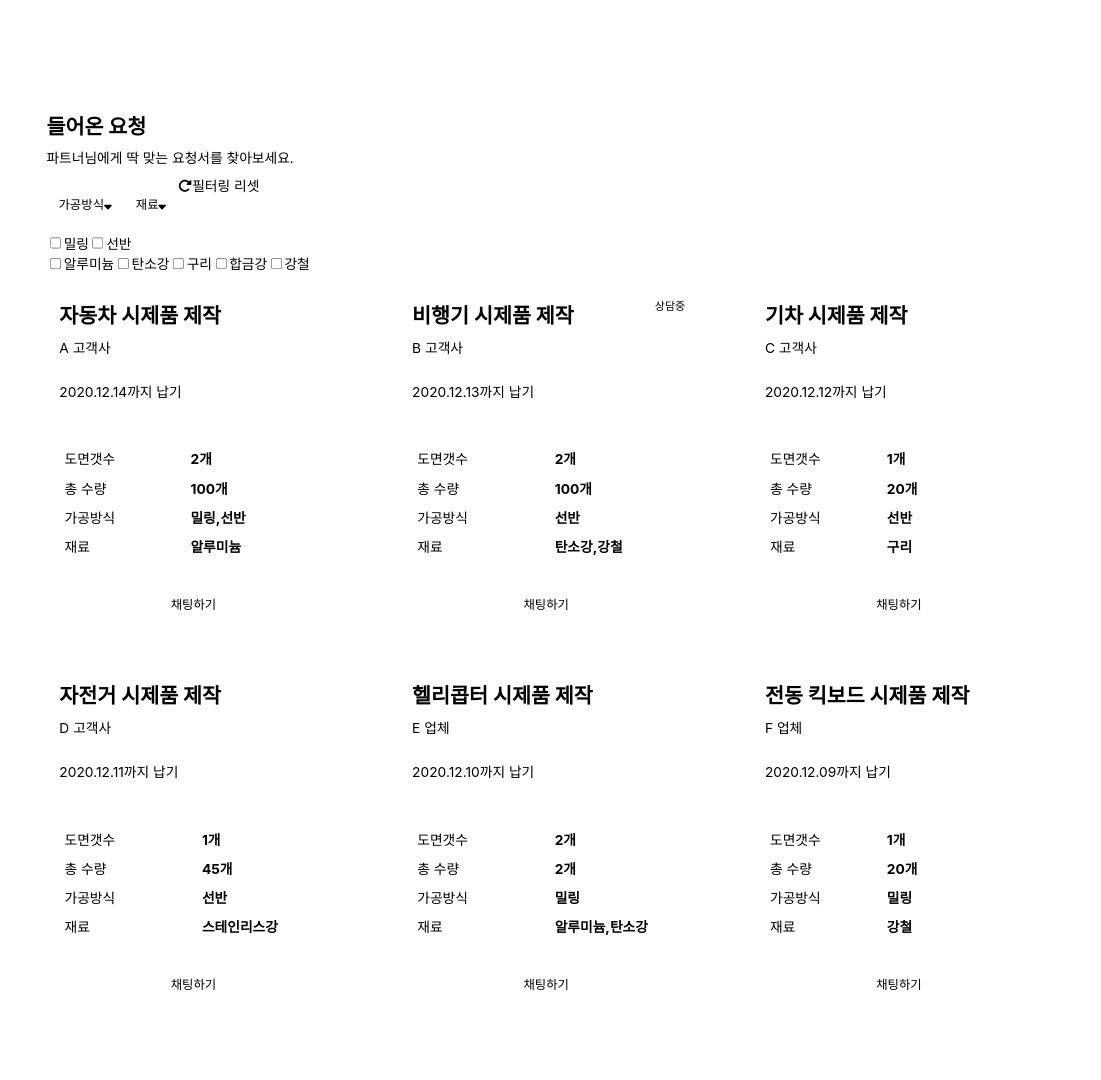
Repository: seoulsaram/capa
Page: /
These files come from the project's save history. The page is drawn as it stood at one moment and after the next save; the edit follows.
The browser window is 1280 px wide. The pictures show the whole page, at 86% of full size.
The project was rebuilt for these pictures with package versions that can differ from the ones it lists, and the page was loaded fresh each time. Requests to the local data server were answered from the project's data file. Also part of the build but not shown: src/App.css.

Above is the page before, as saved 2021-03-07 01:01:58.

### public/index.html
<!DOCTYPE html>
<html lang="en">
  <head>
    <meta charset="utf-8" />
    <link rel="icon" href="%PUBLIC_URL%/favicon.ico" />
    <meta name="viewport" content="width=device-width, initial-scale=1" />
    <meta name="theme-color" content="#000000" />
    <meta name="description" content="Web site created using create-react-app" />

    <title>React App</title>
  </head>
  <body>
    <noscript>You need to enable JavaScript to run this app.</noscript>
    <div id="root"></div>
  </body>
</html>

### src/index.js
import React from "react";
import ReactDOM from "react-dom";
import "./index.css";
import App from "./app";
import RequestInfo from "./service/request_info";

const requestInfo = new RequestInfo();

ReactDOM.render(
  <React.StrictMode>
    <App requestInfo={requestInfo} />
  </React.StrictMode>,
  document.getElementById("root")
);

### src/App.js
import "./app.css";
import Header from "./components/header/header";
import ItemContainer from "./components/item_container/item_container";
import "@fortawesome/fontawesome-free/js/all.js";

function App({ requestInfo }) {
  return (
    <div>
      <Header />
      <ItemContainer requestInfo={requestInfo} />
    </div>
  );
}

export default App;

### src/service/request_info.js
class RequestInfo {
  constructor() {
    this.getrequestOptions = {
      method: "GET",
    };
  }

  async getInfo() {
    const response = await fetch("http://localhost:3002/requests", this.getrequestOptions);
    const res = await response.json();
    return res;
  }
}

export default RequestInfo;

### src/components/header/header.js
import React, { memo } from "react";
import styles from "./header.module.css";

const Header = (props) => (
  <div className={styles.header}>
    <div className={styles.headerLeft}>
      <p>CAPA</p>
      <p>파트너스</p>
    </div>
    <div className={styles.headerRight}>
      <p>A가공업체</p>
      <div className={styles.line}></div>
      <p>로그아웃</p>
    </div>
  </div>
);

export default Header;

### src/components/item_container/item_container.js
import React, { useEffect, useState } from "react";
import Filter from "../filter/filter";
import RequestBox from "../request_box/request_box";
import styles from "./item_container.module.css";

const ItemContainer = ({ requestInfo }) => {
  const [reqInfo, setReqInfo] = useState([]);

  useEffect(() => {
    requestInfo.getInfo().then((info) => setReqInfo(info));
  }, [requestInfo]);

  return (
    <section className={styles.section}>
      <h2 className={styles.title}>들어온 요청</h2>
      <p className={styles.desc}>파트너님에게 딱 맞는 요청서를 찾아보세요.</p>
      <Filter reqInfo={reqInfo} />

      <ul className={styles.cards}>
        {reqInfo.map((info) => (
          <RequestBox reqInfo={info} key={info.id} />
        ))}
      </ul>
    </section>
  );
};

export default ItemContainer;

### src/components/header/header.module.css
@value MakeBlue from '../../common/color.css';

.header {
  display: flex;
  justify-content: space-between;
  padding: 5px 20px;
  background-color: MakeBlue;
  color: white;
}

.headerLeft {
  display: flex;
  align-items: center;
}

.headerRight {
  display: flex;
  align-items: center;
}

.line {
  width: 2px;
  height: 50%;
  background-color: white;
  margin: 0px 14px;
}

### src/components/filter/filter.jsx
import React from "react";
import styles from "./filter.module.css";

const Filter = ({ reqInfo }) => {
  const method = ["밀링", "선반"];
  const material = ["알루미늄", "탄소강", "구리", "합금강", "강철"];

  return (
    <section className={styles.section}>
      {/* 가공방식 */}
      {/* 1. 값이 든 배열 만들기
      2. 온클릭 이벤트를 만들기
      3. 이벤트에 두 가지 값을 동시에 필터링하는 로직 넣기 */}
      <div className={styles.filterContainer}>
        <button className={styles.filterBtn}>
          가공방식<i className="fas fa-sort-down"></i>
        </button>

        {/* 재료 */}
        <button className={styles.filterBtn}>
          재료<i className="fas fa-sort-down"></i>
        </button>

        <div className={styles.reset}>
          <i className="fas fa-redo-alt"></i>필터링 리셋
        </div>
      </div>

      <div className={styles.filter}>
        {method.map((methods) => (
          <label htmlFor={methods} key={methods}>
            <input type="checkbox" name={methods} value={methods} />
            {methods}
          </label>
        ))}
      </div>

      <div className={styles.filter}>
        {material.map((materials) => (
          <label htmlFor={materials} key={materials}>
            <input type="checkbox" name={materials} value={materials} />
            {materials}
          </label>
        ))}
      </div>

      <div></div>
    </section>
  );
};

export default Filter;

// "requests": [
//     {
//       "id": 1,
//       "title": "자동차 시제품 제작",
//       "client": "A 고객사",
//       "due": "2020.12.14",
//       "count": 2,
//       "amount": 100,
//       "method": ["밀링", "선반"],
//       "material": ["알루미늄"],
//       "status": "대기중"
//     },

### src/components/request_box/request_box.jsx
import React from "react";
import styles from "./request_box.module.css";

const RequestBox = ({ reqInfo }) => {
  return (
    <div className={styles.card}>
      <div className={styles.top}>
        <div className={styles.titleContainer}>
          <h2>{reqInfo.title}</h2>
          {reqInfo.status === "상담중" && <div className={styles.status}>{reqInfo.status}</div>}
        </div>
        <p className={styles.client}>{reqInfo.client}</p>
        <p className={styles.due}>{reqInfo.due}까지 납기</p>
      </div>
      <div className={styles.line}></div>
      {/* 테이블 로만들기 */}
      <table className={styles.bottom}>
        <tbody className={styles.order}>
          <tr>
            <td className={styles.orderTitle}>도면갯수</td>
            <td className={styles.orderBold}>{reqInfo.count}개</td>
          </tr>
          <tr>
            <td className={styles.orderTitle}>총 수량</td>
            <td className={styles.orderBold}>{reqInfo.amount}개</td>
          </tr>
          <tr>
            <td className={styles.orderTitle}>가공방식</td>
            <td className={styles.orderBold}>{reqInfo.method.join(",")}</td>
          </tr>
          <tr>
            <td className={styles.orderTitle}>재료</td>
            <td className={styles.orderBold}>{reqInfo.material.join(",")}</td>
          </tr>
        </tbody>
      </table>
      <div className={styles.btnContainer}>
        <button className={styles.reqBtn}>요청 내역 보기</button>
        <button className={styles.chatBtn}>채팅하기</button>
      </div>
    </div>
  );
};

export default RequestBox;

### src/components/item_container/item_container.module.css
@value MakeBlue,MakeBlack,MakeLightBlue,MakeGrey,MakeLightGrey,MakeYellow from '../../common/color.css';
.section {
  padding: 54px;
  color: MakeBlack;
}

.title,
.desc {
  margin: 8px 0px;
}

.cards {
  display: flex;
  justify-content: space-between;
  flex-wrap: wrap;
}

### src/components/filter/filter.module.css
.filterContainer {
  display: flex;
}

.filterBtn {
  margin: 15px 4px;
  padding: 8px 10px;
  background-color: transparent;
  border: none;
  border-radius: 0.2rem;
  outline: none;
  font-size: 0.9rem;
  cursor: pointer;
}

### src/components/request_box/request_box.module.css
@value MakeBlue,MakeBlack,MakeLightBlue,MakeGrey,MakeLightGrey,MakeYellow from '../../common/color.css';

* {
  box-sizing: border-box;
}

ul {
  margin: 0;
  padding: 0;
}

.card {
  width: 30%;
  border: 1px solid MakeLightGrey;
  border-radius: 3px;
  padding: 10px 15px;
  margin-bottom: 15px;
}

.card:hover {
  border: 1px solid MakeLightBlue;
}

.titleContainer {
  display: flex;
  align-items: center;
  justify-content: space-between;
}

.titleContainer > h2 {
  margin-bottom: 0px;
}

.client {
  margin: 8px 0px;
}
.due {
  color: MakeGrey;
  margin-top: 28px;
}

.status {
  border: 1px solid MakeYellow;
  border-radius: 45px;
  padding: 4px;
  font-size: 0.8rem;
  color: MakeYellow;
}

.line {
  width: 98%;
  height: 2px;
  margin: auto;
  background-color: MakeLightGrey;
}
.bottom {
  margin-top: 30px;
  margin-bottom: 15px;
}

td {
  width: 25%;
  padding: 4px;
}

.orderBold {
  font-weight: 700;
}

.reqBtn,
.chatBtn {
  margin: 15px 4px;
  padding: 8px 10px;
  background-color: transparent;
  border: none;
  border-radius: 0.2rem;
  outline: none;
  font-size: 0.9rem;
  cursor: pointer;
}

.reqBtn {
  color: white;
  background-color: MakeLightBlue;
}

.chatBtn {
  border: 1px solid MakeLightBlue;
  color: MakeLightBlue;
}

### db.json
{
  "requests": [
    {
      "id": 1,
      "title": "자동차 시제품 제작",
      "client": "A 고객사",
      "due": "2020.12.14",
      "count": 2,
      "amount": 100,
      "method": ["밀링", "선반"],
      "material": ["알루미늄"],
      "status": "대기중"
    },
    {
      "id": 2,
      "title": "비행기 시제품 제작",
      "client": "B 고객사",
      "due": "2020.12.13",
      "count": 2,
      "amount": 100,
      "method": ["선반"],
      "material": ["탄소강", "강철"],
      "status": "상담중"
    },
    {
      "id": 3,
      "title": "기차 시제품 제작",
      "client": "C 고객사",
      "due": "2020.12.12",
      "count": 1,
      "amount": 20,
      "method": ["선반"],
      "material": ["구리"],
      "status": "대기중"
    },
    {
      "id": 4,
      "title": "자전거 시제품 제작",
      "client": "D 고객사",
      "due": "2020.12.11",
      "count": 1,
      "amount": 45,
      "method": ["선반"],
      "material": ["스테인리스강"],
      "status": "대기중"
    },
    {
      "id": 5,
      "title": "헬리콥터 시제품 제작",
      "client": "E 업체",
      "due": "2020.12.10",
      "count": 2,
      "amount": 2,
      "method": ["밀링"],
      "material": ["알루미늄", "탄소강"],
      "status": "대기중"
    },
    {
      "id": 6,
      "title": "전동 킥보드 시제품 제작",
      "client": "F 업체",
      "due": "2020.12.09",
      "count": 1,
      "amount": 20,
      "method": ["밀링"],
      "material": ["강철"],
      "status": "대기중"
    }
  ]
}

Loaded but not shown: src/index.css (common file)

After the next save:
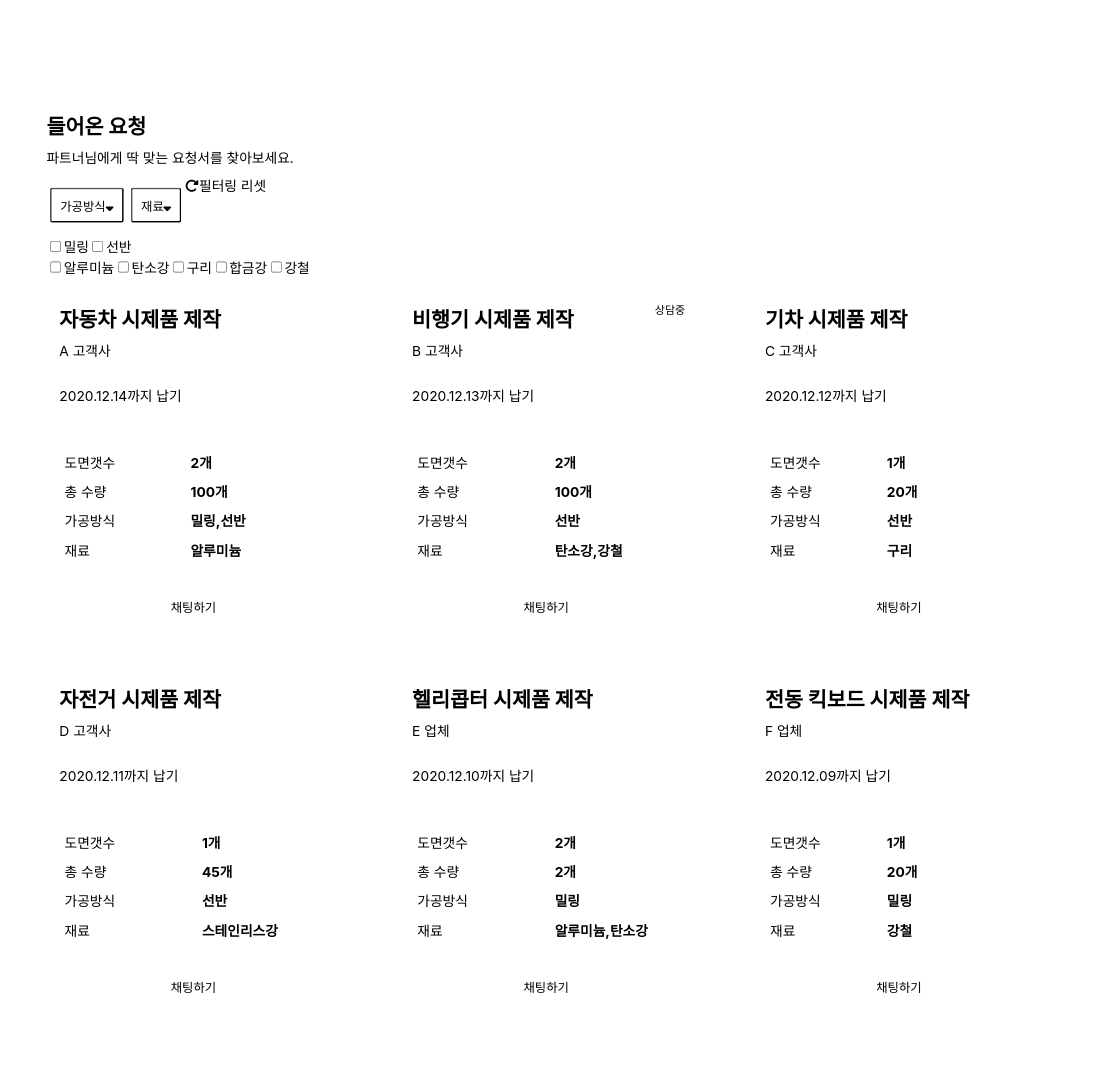
Saved 93 s later.
--- a/src/components/filter/filter.module.css
+++ b/src/components/filter/filter.module.css
@@ -1,3 +1,4 @@
+@value MakeBlue,MakeBlack,MakeLightBlue,MakeGrey,MakeLightGrey,MakeYellow from '../../common/color.css';
 .filterContainer {
   display: flex;
 }
@@ -6,7 +7,7 @@
   margin: 15px 4px;
   padding: 8px 10px;
   background-color: transparent;
-  border: none;
+  border: 1px solid MakeGrey;
   border-radius: 0.2rem;
   outline: none;
   font-size: 0.9rem;
